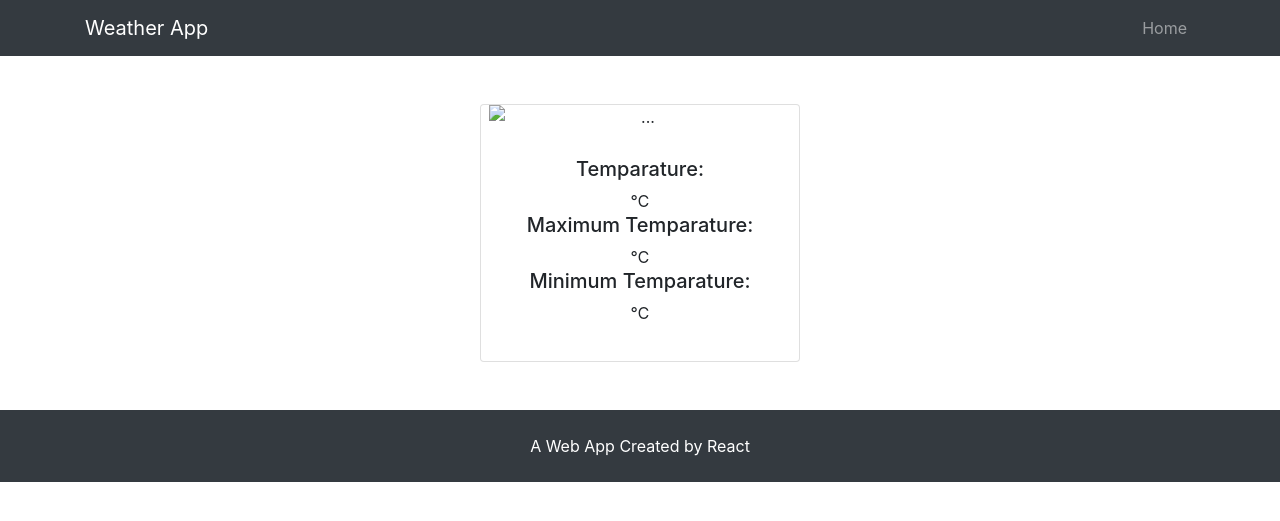
Repository: smk87/weather-app-react
Page: /weather/560743
The author's editor kept a copy of each file at every save. The page is drawn from the files as they stood at one save, then again after the next save.
The browser window is 1280 px wide. The pictures show the whole page.
The page's requests for data from a server got no answer. Some web libraries are served in a nearby version. The project was rebuilt for these pictures with package versions that can differ from the ones it lists, and the page was loaded fresh each time. A package was used in the major version that the imports need, not the one package.json lists. No one was signed in, and anything a server would have sent is missing. Also part of the build but not shown: src/components/Weather.js, src/components/Home.js.

Above is the page before, as saved 2019-02-06 20:47:46.

After the next save:
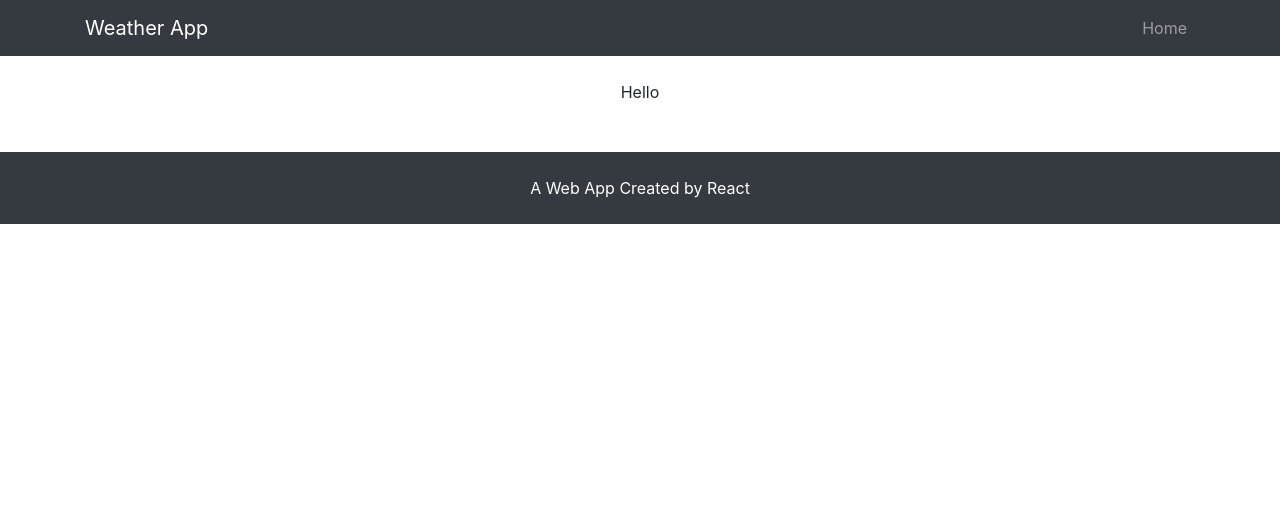
Saved 40 s later.
--- a/src/components/DetailedWeather.js
+++ b/src/components/DetailedWeather.js
@@ -26,35 +26,6 @@ export default class DetailedWeather extends Component {
       .catch(err => console.log(err));
   }
   render() {
-    return (
-      <div className=" mt-5 mx-auto h-50 w-25 card">
-        <img
-          src={this.state.logo}
-          className="card-img-top pl-2 pr-2"
-          alt="..."
-        />
-        <div className="card-body">
-          <div className="card-text">
-            <h2>{this.state.detailedweather.title}</h2>
-          </div>
-          <div className="card-text">
-            <h5>Temparature: </h5> {this.state.temp}
-            <span>&#8451;</span>
-          </div>
-          <div className="card-text">
-            {" "}
-            <h5>Maximum Temparature: </h5> {this.state.maxtemp}
-            <span>&#8451;</span>
-          </div>
-          <div className="card-text">
-            {" "}
-            <h5>Minimum Temparature: </h5>
-            {this.state.mintemp}
-            <span>&#8451;</span>
-          </div>
-          <p />
-        </div>
-      </div>
-    );
+    return <div>Hello</div>;
   }
 }
